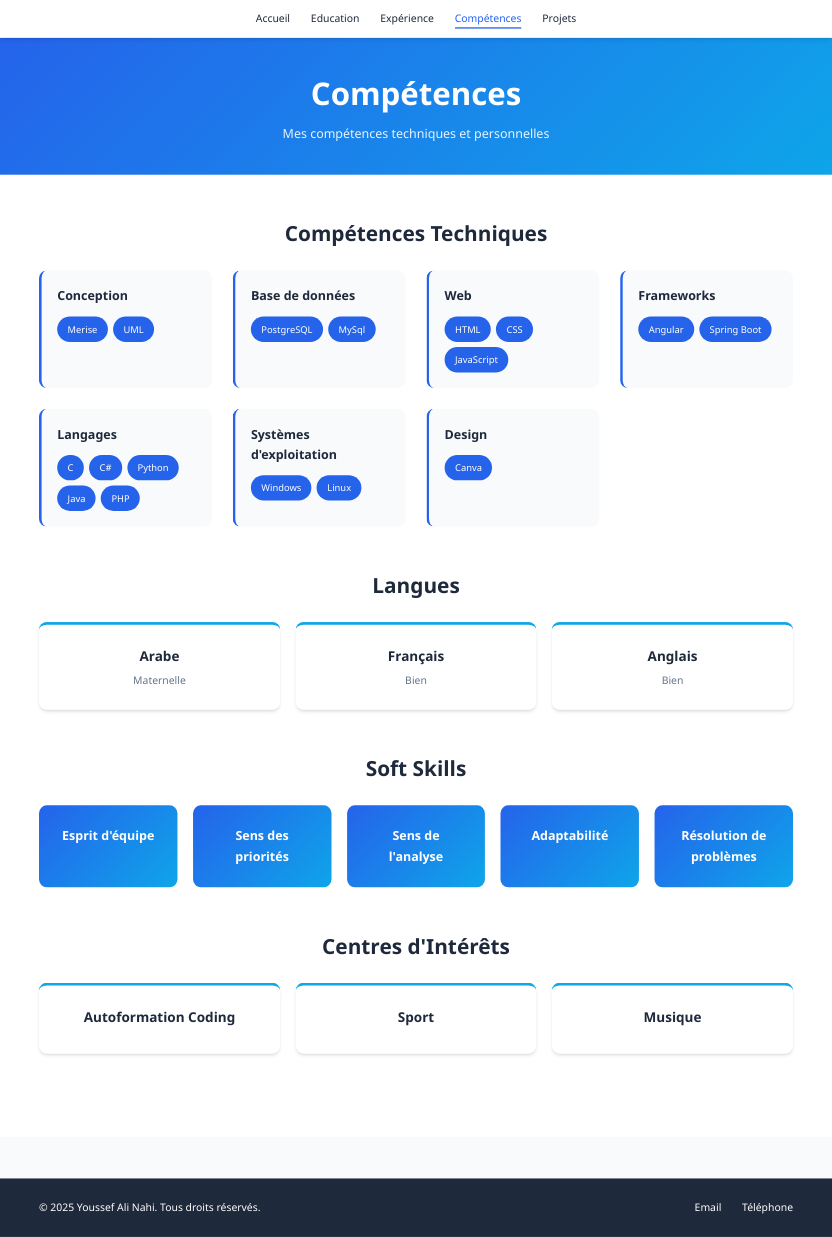
Repository: Youssef-Nahi504/My_Portfolio
Page: competences.html
The author's editor kept a copy of each file at every save. The page is drawn from the files as they stood at one save, then again after the next save.
The browser window is 1280 px wide. The pictures show the whole page, at 65% of full size.

Above is the page before, as saved 2025-12-19 16:19:14.

### competences.html
<!DOCTYPE html>
<html lang="fr">
<head>
    <meta charset="UTF-8">
    <meta name="viewport" content="width=device-width, initial-scale=1.0">
    <title>Compétences - Youssef Ali Nahi</title>
    <link rel="stylesheet" href="style.css">
</head>
<body>
    <nav class="navbar">
        <div class="nav-container">
            <ul class="nav-menu">
                <li><a href="index.html">Accueil</a></li>
                <li><a href="Education.html" >Education</a></li>
                <li><a href="experience.html">Expérience</a></li>
                <li><a href="competences.html" class="active">Compétences</a></li>
                <li><a href="projets.html">Projets</a></li>
            </ul>
            <div class="hamburger">
                <span></span>
                <span></span>
                <span></span>
            </div>
        </div>
    </nav>

    <main>
        <section class="page-header">
            <div class="container">
                <h1>Compétences</h1>
                <p>Mes compétences techniques et personnelles</p>
            </div>
        </section>

        <section class="skills-section">
            <div class="container">
                <div class="skills-category">
                    <h2 class="category-title">Compétences Techniques</h2>
                    <div class="skills-grid">
                        <div class="skill-group">
                            <h3>Conception</h3>
                            <div class="skill-tags">
                                <span class="skill-tag">Merise</span>
                                <span class="skill-tag">UML</span>
                            </div>
                        </div>
                        <div class="skill-group">
                            <h3>Base de données</h3>
                            <div class="skill-tags">
                                <span class="skill-tag">PostgreSQL</span>
                                <span class="skill-tag">MySql</span>
                            </div>
                        </div>
                        <div class="skill-group">
                            <h3>Web</h3>
                            <div class="skill-tags">
                                <span class="skill-tag">HTML</span>
                                <span class="skill-tag">CSS</span>
                                <span class="skill-tag">JavaScript</span>
                            </div>
                        </div>
                        <div class="skill-group">
                            <h3>Frameworks</h3>
                            <div class="skill-tags">
                                <span class="skill-tag">Angular</span>
                                <span class="skill-tag">Spring Boot</span>
                            </div>
                        </div>
                        <div class="skill-group">
                            <h3>Langages</h3>
                            <div class="skill-tags">
                                <span class="skill-tag">C</span>
                                <span class="skill-tag">C#</span>
                                <span class="skill-tag">Python</span>
                                <span class="skill-tag">Java</span>
                                <span class="skill-tag">PHP</span>
                            </div>
                        </div>
                        <div class="skill-group">
                            <h3>Systèmes d'exploitation</h3>
                            <div class="skill-tags">
                                <span class="skill-tag">Windows</span>
                                <span class="skill-tag">Linux</span>
                            </div>
                        </div>
                        <div class="skill-group">
                            <h3>Design</h3>
                            <div class="skill-tags">
                                <span class="skill-tag">Canva</span>
                            </div>
                        </div>
                    </div>
                </div>

                <div class="skills-category">
                    <h2 class="category-title">Langues</h2>
                    <div class="languages-grid">
                        <div class="language-card">
                            <h3>Arabe</h3>
                            <p>Maternelle</p>
                        </div>
                        <div class="language-card">
                            <h3>Français</h3>
                            <p>Bien</p>
                        </div>
                        <div class="language-card">
                            <h3>Anglais</h3>
                            <p>Bien</p>
                        </div>
                    </div>
                </div>

                <div class="skills-category">
                    <h2 class="category-title">Soft Skills</h2>
                    <div class="soft-skills-grid">
                        <div class="soft-skill-card">
                            <h3>Esprit d'équipe</h3>
                        </div>
                        <div class="soft-skill-card">
                            <h3>Sens des priorités</h3>
                        </div>
                        <div class="soft-skill-card">
                            <h3>Sens de l'analyse</h3>
                        </div>
                        <div class="soft-skill-card">
                            <h3>Adaptabilité</h3>
                        </div>
                        <div class="soft-skill-card">
                            <h3>Résolution de problèmes</h3>
                        </div>
                    </div>
                </div>

                <div class="skills-category">
                    <h2 class="category-title">Centres d'Intérêts</h2>
                    <div class="interests-grid">
                        <div class="interest-card">
                            <h3>Autoformation Coding</h3>
                        </div>
                        <div class="interest-card">
                            <h3>Sport</h3>
                        </div>
                        <div class="interest-card">
                            <h3>Musique</h3>
                        </div>
                    </div>
                </div>
            </div>
        </section>
    </main>

    <footer>
        <div class="container">
            <p>&copy; 2025 Youssef Ali Nahi. Tous droits réservés.</p>
            <div class="footer-links">
                <a href="mailto:nahiyoussef02@gmail.com">Email</a>
                <a href="tel:+212619303473">Téléphone</a>
            </div>
        </div>
    </footer>

    <script src="file.js"></script>
</body>
</html>

### style.css
* {
    margin: 0;
    padding: 0;
    box-sizing: border-box;
}

:root {
    --primary-color: #2563eb;
    --primary-dark: #1e40af;
    --secondary-color: #64748b;
    --accent-color: #0ea5e9;
    --text-dark: #1e293b;
    --text-light: #64748b;
    --bg-light: #f8fafc;
    --bg-white: #ffffff;
    --border-color: #e2e8f0;
    --shadow: 0 4px 6px -1px rgba(0, 0, 0, 0.1), 0 2px 4px -1px rgba(0, 0, 0, 0.06);
    --shadow-lg: 0 10px 15px -3px rgba(0, 0, 0, 0.1), 0 4px 6px -2px rgba(0, 0, 0, 0.05);
}

body {
    font-family: 'Segoe UI', Tahoma, Geneva, Verdana, sans-serif;
    line-height: 1.6;
    color: var(--text-dark);
    background-color: var(--bg-light);
}

.container {
    max-width: 1200px;
    margin: 0 auto;
    padding: 0 20px;
}

/* Navigation */
.navbar {
    background: var(--bg-white);
    box-shadow: var(--shadow);
    position: sticky;
    top: 0;
    z-index: 1000;
    padding: 1rem 0;
}

.nav-container {
    max-width: 1200px;
    margin: 0 auto;
    padding: 0 20px;
    display: flex;
  justify-content: center; /* horizontal */
  align-items: center;
}

.logo {
    font-size: 1.5rem;
    font-weight: bold;
    color: var(--primary-color);
    letter-spacing: 2px;
}

.nav-menu {
    display: flex;
    list-style: none;
    gap: 2rem;
}

.nav-menu a {
    text-decoration: none;
    color: var(--text-dark);
    font-weight: 500;
    transition: color 0.3s ease;
    position: relative;
}

.nav-menu a:hover,
.nav-menu a.active {
    color: var(--primary-color);
}

.nav-menu a.active::after {
    content: '';
    position: absolute;
    bottom: -5px;
    left: 0;
    width: 100%;
    height: 2px;
    background: var(--primary-color);
}

.hamburger {
    display: none;
    flex-direction: column;
    cursor: pointer;
    gap: 4px;
}

.hamburger span {
    width: 25px;
    height: 3px;
    background: var(--text-dark);
    transition: all 0.3s ease;
}

/* Hero Section */
.hero {
    background: linear-gradient(135deg, var(--primary-color) 0%, var(--accent-color) 100%);
    color: white;
    padding: 4rem 0;
    min-height: 80vh;
    display: flex;
    align-items: center;
}

.hero-content {
    max-width: 1200px;
    margin: 0 auto;
    padding: 0 20px;
    display: grid;
    grid-template-columns: 1fr 1fr;
    gap: 3rem;
    align-items: center;
}

.hero-text h1 {
    font-size: 3rem;
    margin-bottom: 0.5rem;
    font-weight: 700;
}

.hero-text h2 {
    font-size: 1.5rem;
    margin-bottom: 1.5rem;
    opacity: 0.9;
    font-weight: 400;
}

.hero-subtitle {
    font-size: 1.1rem;
    margin-bottom: 2rem;
    opacity: 0.95;
    line-height: 1.8;
}

.hero-buttons {
    display: flex;
    gap: 1rem;
    flex-wrap: wrap;
}

.btn {
    padding: 0.75rem 2rem;
    border-radius: 8px;
    text-decoration: none;
    font-weight: 600;
    transition: all 0.3s ease;
    display: inline-block;
}

.btn-primary {
    background: white;
    color: var(--primary-color);
}

.btn-primary:hover {
    transform: translateY(-2px);
    box-shadow: var(--shadow-lg);
}

.btn-secondary {
    background: transparent;
    color: white;
    border: 2px solid white;
}

.btn-secondary:hover {
    background: white;
    color: var(--primary-color);
}

.profile-card {
    background: rgba(255, 255, 255, 0.1);
    backdrop-filter: blur(10px);
    border-radius: 16px;
    padding: 2rem;
    border: 1px solid rgba(255, 255, 255, 0.2);
}

.profile-info p {
    margin-bottom: 1rem;
    font-size: 1rem;
}

.profile-info strong {
    display: inline-block;
    width: 140px;
}

/* About Section */
.about {
    padding: 4rem 0;
    background: var(--bg-white);
}

.section-title {
    font-size: 2.5rem;
    margin-bottom: 2rem;
    text-align: center;
    color: var(--text-dark);
}

.about-content {
    max-width: 800px;
    margin: 0 auto 3rem;
    text-align: center;
}

.about-content p {
    font-size: 1.1rem;
    color: var(--text-light);
    margin-bottom: 1.5rem;
    line-height: 1.8;
}

.quick-links {
    display: grid;
    grid-template-columns: repeat(auto-fit, minmax(250px, 1fr));
    gap: 2rem;
    margin-top: 3rem;
}

.quick-link-card {
    background: var(--bg-white);
    padding: 2rem;
    border-radius: 12px;
    text-decoration: none;
    color: var(--text-dark);
    box-shadow: var(--shadow);
    transition: all 0.3s ease;
    border: 2px solid transparent;
}

.quick-link-card:hover {
    transform: translateY(-5px);
    box-shadow: var(--shadow-lg);
    border-color: var(--primary-color);
}

.quick-link-card h3 {
    color: var(--primary-color);
    margin-bottom: 0.5rem;
    font-size: 1.5rem;
}

.quick-link-card p {
    color: var(--text-light);
}

/* Page Header */
.page-header {
    background: linear-gradient(135deg, var(--primary-color) 0%, var(--accent-color) 100%);
    color: white;
    padding: 3rem 0;
    text-align: center;
}

.page-header h1 {
    font-size: 3rem;
    margin-bottom: 0.5rem;
}

.page-header p {
    font-size: 1.2rem;
    opacity: 0.9;
}

/* Experience Section */
.experience-section {
    padding: 4rem 0;
    background: var(--bg-white);
}

.timeline {
    position: relative;
    max-width: 900px;
    margin: 0 auto;
    padding: 2rem 0;
}

.timeline::before {
    content: '';
    position: absolute;
    left: 30px;
    top: 0;
    bottom: 0;
    width: 2px;
    background: var(--border-color);
}

.timeline-item {
    position: relative;
    margin-bottom: 3rem;
    padding-left: 80px;
}

.timeline-marker {
    position: absolute;
    left: 22px;
    top: 0;
    width: 16px;
    height: 16px;
    border-radius: 50%;
    background: var(--primary-color);
    border: 4px solid var(--bg-white);
    box-shadow: var(--shadow);
}

.timeline-content {
    background: var(--bg-white);
    padding: 2rem;
    border-radius: 12px;
    box-shadow: var(--shadow);
    transition: all 0.3s ease;
}

.timeline-content:hover {
    box-shadow: var(--shadow-lg);
    transform: translateX(5px);
}

.timeline-date {
    color: var(--primary-color);
    font-weight: 600;
    margin-bottom: 0.5rem;
    font-size: 0.9rem;
}

.timeline-content h3 {
    color: var(--text-dark);
    margin-bottom: 0.25rem;
    font-size: 1.5rem;
}

.timeline-content h4 {
    color: var(--text-light);
    margin-bottom: 1rem;
    font-weight: 500;
}

.timeline-content ul {
    list-style: none;
    padding-left: 0;
}

.timeline-content li {
    padding-left: 1.5rem;
    position: relative;
    margin-bottom: 0.5rem;
    color: var(--text-light);
}

.timeline-content li::before {
    content: '▸';
    position: absolute;
    left: 0;
    color: var(--primary-color);
}

/* Education Section */
.education-section {
    padding: 4rem 0;
    background: var(--bg-light);
}

.education-grid {
    display: grid;
    grid-template-columns: repeat(auto-fit, minmax(300px, 1fr));
    gap: 2rem;
    max-width: 900px;
    margin: 0 auto;
}

.education-card {
    background: var(--bg-white);
    padding: 2rem;
    border-radius: 12px;
    box-shadow: var(--shadow);
    transition: all 0.3s ease;
    border-top: 4px solid var(--primary-color);
}

.education-card:hover {
    transform: translateY(-5px);
    box-shadow: var(--shadow-lg);
}

.education-year {
    color: var(--primary-color);
    font-weight: 600;
    margin-bottom: 1rem;
    font-size: 0.9rem;
}

.education-card h3 {
    color: var(--text-dark);
    margin-bottom: 0.5rem;
    font-size: 1.3rem;
}

.education-card h4 {
    color: var(--text-light);
    margin-bottom: 1rem;
    font-weight: 500;
}

.education-institution {
    color: var(--text-light);
    font-style: italic;
}

/* Skills Section */
.skills-section {
    padding: 4rem 0;
    background: var(--bg-white);
}

.skills-category {
    margin-bottom: 4rem;
}

.category-title {
    font-size: 2rem;
    margin-bottom: 2rem;
    color: var(--text-dark);
    text-align: center;
}

.skills-grid {
    display: grid;
    grid-template-columns: repeat(auto-fit, minmax(250px, 1fr));
    gap: 2rem;
}

.skill-group {
    background: var(--bg-light);
    padding: 1.5rem;
    border-radius: 12px;
    border-left: 4px solid var(--primary-color);
}

.skill-group h3 {
    color: var(--text-dark);
    margin-bottom: 1rem;
    font-size: 1.2rem;
}

.skill-tags {
    display: flex;
    flex-wrap: wrap;
    gap: 0.5rem;
}

.skill-tag {
    background: var(--primary-color);
    color: white;
    padding: 0.5rem 1rem;
    border-radius: 20px;
    font-size: 0.9rem;
    font-weight: 500;
}

.soft-skills-grid {
    display: grid;
    grid-template-columns: repeat(auto-fit, minmax(200px, 1fr));
    gap: 1.5rem;
}

.soft-skill-card {
    background: linear-gradient(135deg, var(--primary-color) 0%, var(--accent-color) 100%);
    color: white;
    padding: 2rem;
    border-radius: 12px;
    text-align: center;
    transition: all 0.3s ease;
}

.soft-skill-card:hover {
    transform: translateY(-5px);
    box-shadow: var(--shadow-lg);
}

.soft-skill-card h3 {
    font-size: 1.2rem;
}

.languages-grid,
.interests-grid {
    display: grid;
    grid-template-columns: repeat(auto-fit, minmax(200px, 1fr));
    gap: 1.5rem;
}

.language-card,
.interest-card {
    background: var(--bg-white);
    padding: 2rem;
    border-radius: 12px;
    box-shadow: var(--shadow);
    text-align: center;
    transition: all 0.3s ease;
    border-top: 4px solid var(--accent-color);
}

.language-card:hover,
.interest-card:hover {
    transform: translateY(-5px);
    box-shadow: var(--shadow-lg);
}

.language-card h3,
.interest-card h3 {
    color: var(--text-dark);
    margin-bottom: 0.5rem;
    font-size: 1.3rem;
}

.language-card p {
    color: var(--text-light);
    font-weight: 500;
}

/* Projects Section */
.projects-section {
    padding: 4rem 0;
    background: var(--bg-white);
}

.projects-grid {
    display: grid;
    grid-template-columns: repeat(auto-fit, minmax(300px, 1fr));
    gap: 2rem;
}

.project-card {
    background: var(--bg-white);
    padding: 2rem;
    border-radius: 12px;
    box-shadow: var(--shadow);
    transition: all 0.3s ease;
    border-top: 4px solid var(--primary-color);
}

.project-card:hover {
    transform: translateY(-5px);
    box-shadow: var(--shadow-lg);
}

.project-icon {
    font-size: 3rem;
    margin-bottom: 1rem;
}

.project-card h3 {
    color: var(--text-dark);
    margin-bottom: 0.75rem;
    font-size: 1.4rem;
}

.project-tech {
    color: var(--primary-color);
    font-weight: 600;
    margin-bottom: 1rem;
    font-size: 0.9rem;
}

.project-description {
    color: var(--text-light);
    line-height: 1.7;
}

/* Footer */
footer {
    background: var(--text-dark);
    color: white;
    padding: 2rem 0;
    margin-top: 4rem;
}

footer .container {
    display: flex;
    justify-content: space-between;
    align-items: center;
    flex-wrap: wrap;
    gap: 1rem;
}

.footer-links {
    display: flex;
    gap: 2rem;
}

.footer-links a {
    color: white;
    text-decoration: none;
    transition: color 0.3s ease;
}

.footer-links a:hover {
    color: var(--accent-color);
}

/* Responsive Design */
@media (max-width: 768px) {
    .hamburger {
        display: flex;
    }

    .nav-menu {
        position: fixed;
        left: -100%;
        top: 70px;
        flex-direction: column;
        background: var(--bg-white);
        width: 100%;
        text-align: center;
        transition: 0.3s;
        box-shadow: var(--shadow);
        padding: 2rem 0;
        gap: 0;
    }

    .nav-menu.active {
        left: 0;
    }

    .nav-menu li {
        margin: 1rem 0;
    }

    .hero-content {
        grid-template-columns: 1fr;
        text-align: center;
    }

    .hero-text h1 {
        font-size: 2rem;
    }

    .hero-text h2 {
        font-size: 1.2rem;
    }

    .section-title {
        font-size: 2rem;
    }

    .page-header h1 {
        font-size: 2rem;
    }

    .timeline::before {
        left: 15px;
    }

    .timeline-item {
        padding-left: 50px;
    }

    .timeline-marker {
        left: 7px;
    }

    .quick-links {
        grid-template-columns: 1fr;
    }

    footer .container {
        flex-direction: column;
        text-align: center;
    }
}

@media (max-width: 480px) {
    .hero {
        padding: 2rem 0;
        min-height: auto;
    }

    .hero-text h1 {
        font-size: 1.5rem;
    }

    .btn {
        padding: 0.6rem 1.5rem;
        font-size: 0.9rem;
    }

    .projects-grid,
    .education-grid {
        grid-template-columns: 1fr;
    }
}

### file.js
// Mobile Navigation Toggle
const hamburger = document.querySelector('.hamburger');
const navMenu = document.querySelector('.nav-menu');

if (hamburger && navMenu) {
    hamburger.addEventListener('click', () => {
        navMenu.classList.toggle('active');

        // Animate hamburger
        const spans = hamburger.querySelectorAll('span');
        if (navMenu.classList.contains('active')) {
            spans[0].style.transform = 'rotate(45deg) translate(5px, 5px)';
            spans[1].style.opacity = '0';
            spans[2].style.transform = 'rotate(-45deg) translate(7px, -6px)';
        } else {
            spans[0].style.transform = 'none';
            spans[1].style.opacity = '1';
            spans[2].style.transform = 'none';
        }
    });

    // Close menu when clicking on a link
    document.querySelectorAll('.nav-menu a').forEach(link => {
        link.addEventListener('click', () => {
            navMenu.classList.remove('active');
            const spans = hamburger.querySelectorAll('span');
            spans[0].style.transform = 'none';
            spans[1].style.opacity = '1';
            spans[2].style.transform = 'none';
        });
    });

    // Close menu when clicking outside
    document.addEventListener('click', (e) => {
        if (!hamburger.contains(e.target) && !navMenu.contains(e.target)) {
            navMenu.classList.remove('active');
            const spans = hamburger.querySelectorAll('span');
            spans[0].style.transform = 'none';
            spans[1].style.opacity = '1';
            spans[2].style.transform = 'none';
        }
    });
}

// Smooth scroll for anchor links
document.querySelectorAll('a[href^="#"]').forEach(anchor => {
    anchor.addEventListener('click', function (e) {
        e.preventDefault();
        const target = document.querySelector(this.getAttribute('href'));
        if (target) {
            target.scrollIntoView({
                behavior: 'smooth',
                block: 'start'
            });
        }
    });
});

// Add scroll animation
const observerOptions = {
    threshold: 0.1,
    rootMargin: '0px 0px -50px 0px'
};

const observer = new IntersectionObserver((entries) => {
    entries.forEach(entry => {
        if (entry.isIntersecting) {
            entry.target.style.opacity = '1';
            entry.target.style.transform = 'translateY(0)';
        }
    });
}, observerOptions);

// Observe elements for animation
document.addEventListener('DOMContentLoaded', () => {
    const animateElements = document.querySelectorAll('.project-card, .education-card, .timeline-item, .skill-group, .soft-skill-card, .language-card, .interest-card, .quick-link-card');

    animateElements.forEach(el => {
        el.style.opacity = '0';
        el.style.transform = 'translateY(20px)';
        el.style.transition = 'opacity 0.6s ease, transform 0.6s ease';
        observer.observe(el);
    });
});

// Add active page highlighting
document.addEventListener('DOMContentLoaded', () => {
    const currentPage = window.location.pathname.split('/').pop() || 'index.html';
    const navLinks = document.querySelectorAll('.nav-menu a');

    navLinks.forEach(link => {
        const linkPage = link.getAttribute('href');
        if (linkPage === currentPage || (currentPage === '' && linkPage === 'index.html')) {
            link.classList.add('active');
        } else {
            link.classList.remove('active');
        }
    });
});

After the next save:
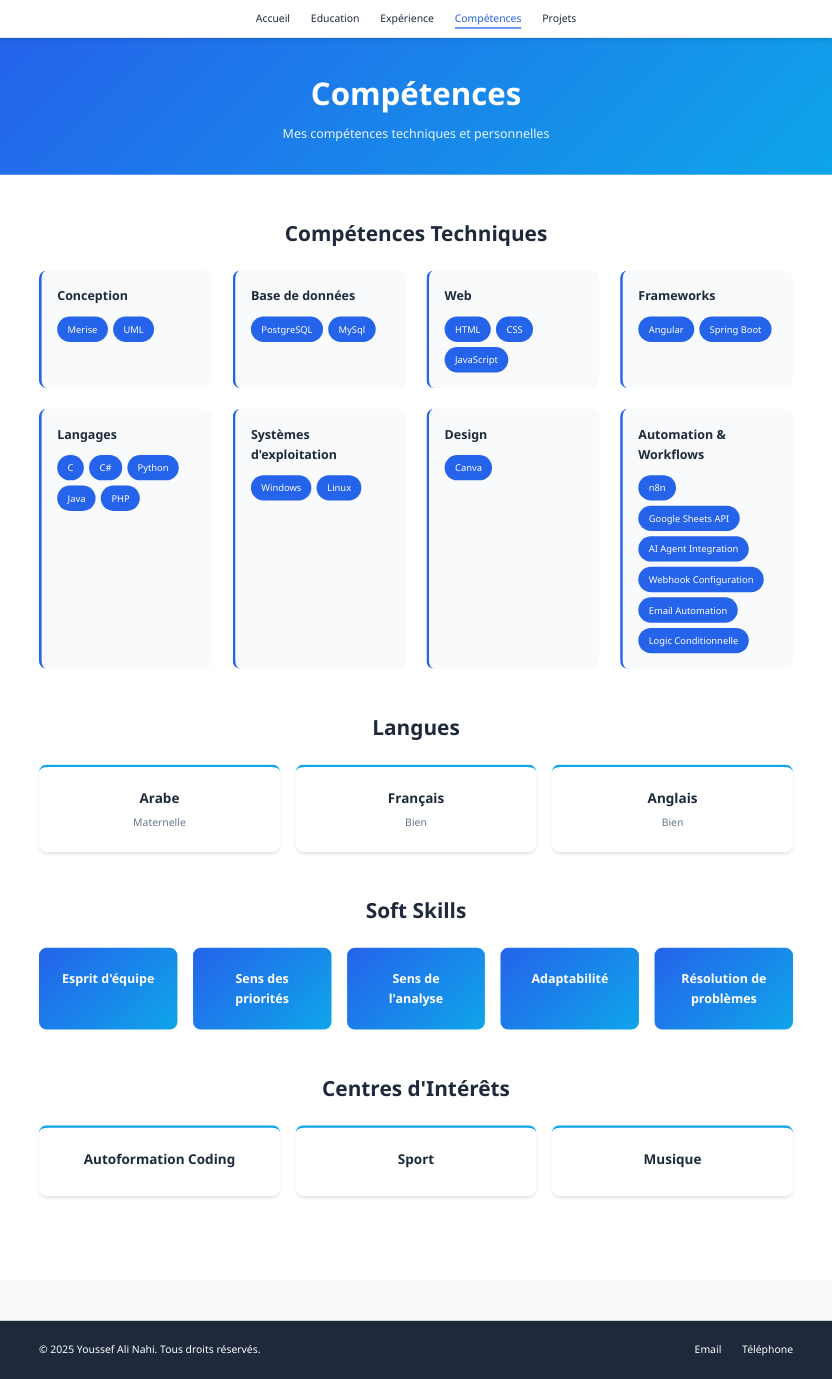
Saved 9 min 22 s later.
--- a/competences.html
+++ b/competences.html
@@ -89,6 +89,17 @@
                                 <span class="skill-tag">Canva</span>
                             </div>
                         </div>
+                        <div class="skill-group">
+                            <h3>Automation & Workflows</h3>
+                            <div class="skill-tags">
+                                <span class="skill-tag">n8n</span>
+                                <span class="skill-tag">Google Sheets API</span>
+                                <span class="skill-tag">AI Agent Integration</span>
+                                <span class="skill-tag">Webhook Configuration</span>
+                                <span class="skill-tag">Email Automation</span>
+                                <span class="skill-tag">Logic Conditionnelle</span>
+                            </div>
+                        </div>
                     </div>
                 </div>
 
